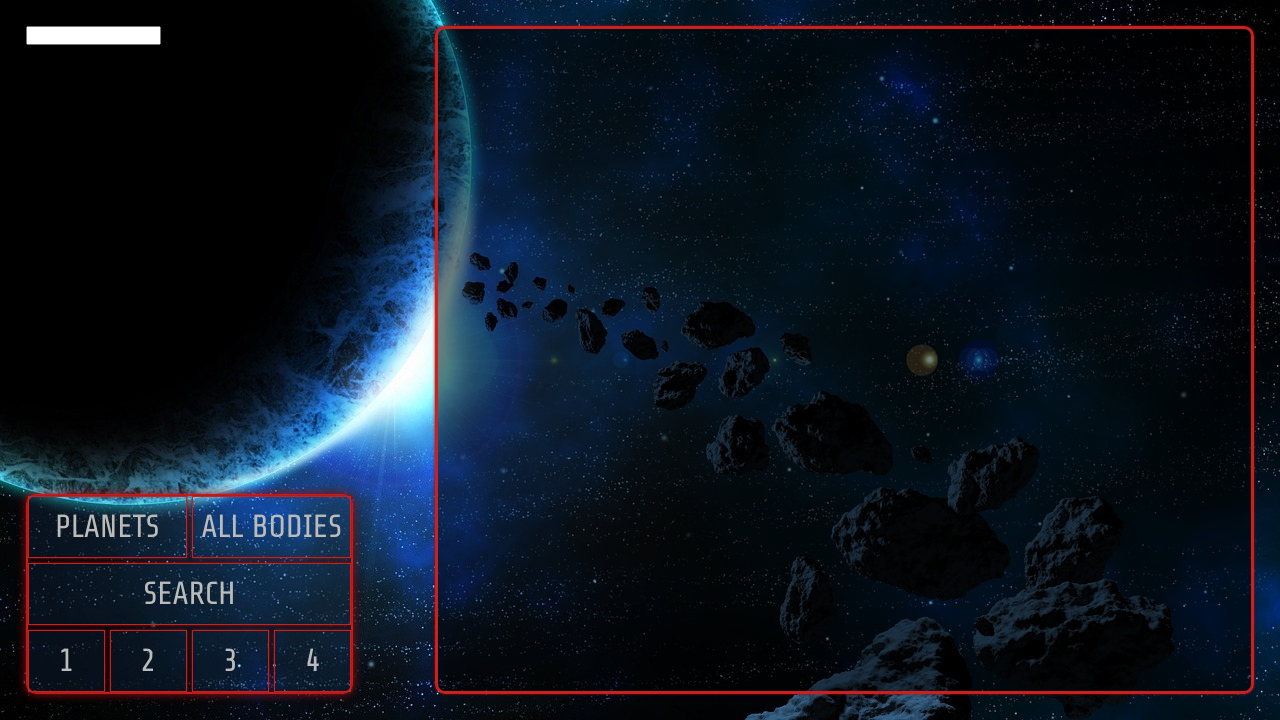
Repository: Przemek-Szadkowski/space-bodies
Page: /
These files come from the project's save history. The page is drawn as it stood at one moment and after the next save; the edit follows.
The browser window is 1280 px wide. The pictures show the whole page.
The page's requests for data from a server got no answer. The project was rebuilt for these pictures with package versions that can differ from the ones it lists, and the page was loaded fresh each time. No one was signed in, and anything a server would have sent is missing. Also part of the build but not shown: src/components/BodieRecord.js.

Above is the page before, as saved 2021-11-27 14:00:05.

After the next save:
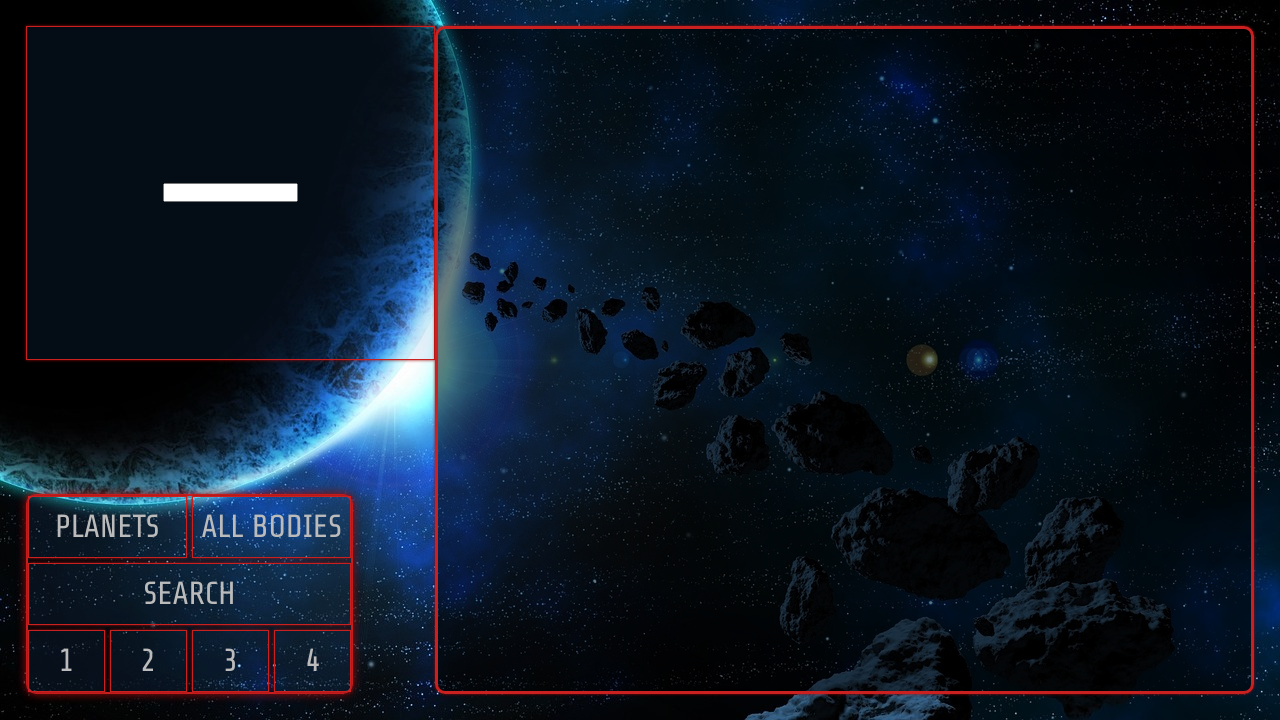
Saved 48 s later.
--- a/src/index.css
+++ b/src/index.css
@@ -43,7 +43,8 @@ main {
   box-shadow: 0 0 10px rgb(155, 11, 11);
 }
 
-.dashboard__btn {
+.dashboard__btn,
+.search {
   display: flex;
   justify-content: center;
   align-items: center;
@@ -142,3 +143,8 @@ main {
   color: #bbb;
   margin-bottom: 0px;
 }
+
+/*** SEARCH INPUT ***/
+
+.search {
+}
